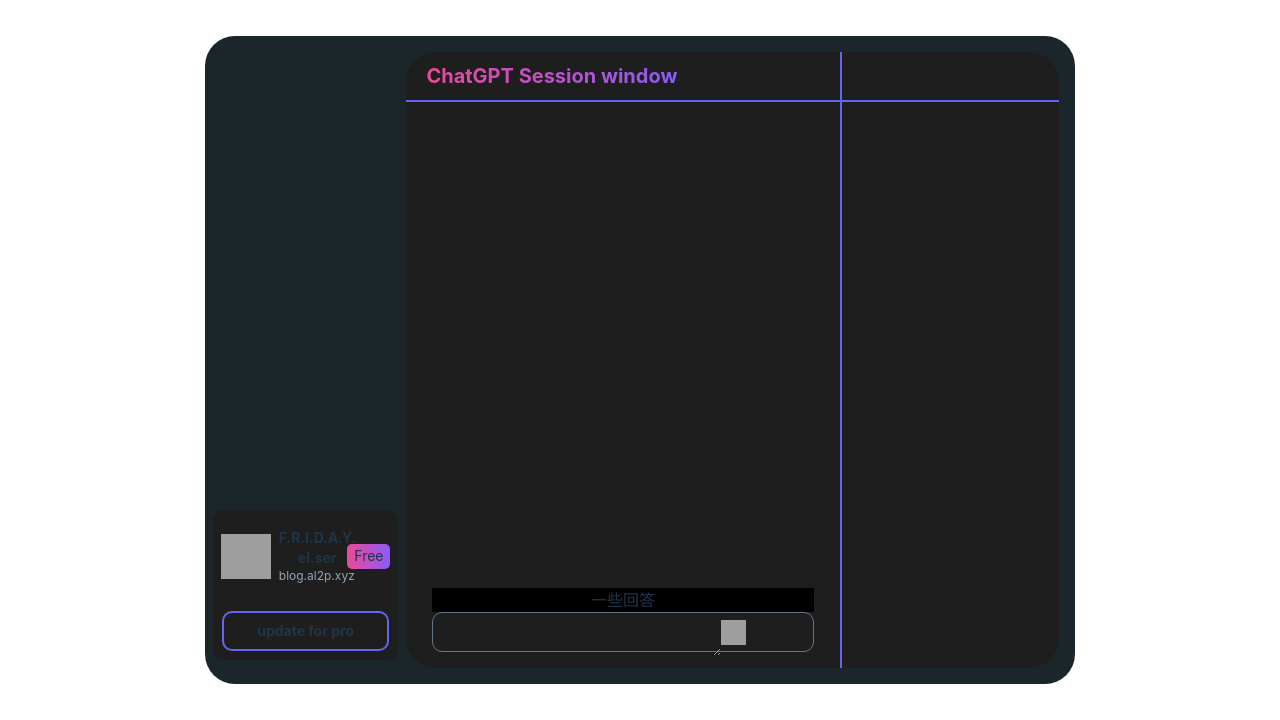
Repository: yezhonghu0503/chatgpt-vue-lac
Page: /
An editor plug-in stored every save of this project. The page is shown before and after the next save, followed by the edit.
The browser window is 1280 px wide. The pictures show the whole page.
Pictures or frames that could not be fetched are drawn as grey boxes. The project was rebuilt for these pictures with package versions that can differ from the ones it lists, and the page was loaded fresh each time. Also part of the build but not shown: vite.config.ts.

Above is the page before, as saved 2023-05-18 18:57:01.

### src/style.css
@tailwind base;
@tailwind components;
@tailwind utilities;

:root {
  font-family: Inter, system-ui, Avenir, Helvetica, Arial, sans-serif;
  line-height: 1.5;
  font-weight: 400;

  color-scheme: light dark;
  color: rgba(255, 255, 255, 0.87);
  /* background-color: #242424; */
  background-color: #8e989a;

  font-synthesis: none;
  text-rendering: optimizeLegibility;
  -webkit-font-smoothing: antialiased;
  -moz-osx-font-smoothing: grayscale;
  -webkit-text-size-adjust: 100%;
}

a {
  font-weight: 500;
  color: #646cff;
  text-decoration: inherit;
}

a:hover {
  color: #535bf2;
}

body {
  margin: 0;
  display: flex;
  place-items: center;
  min-width: 320px;
  min-height: 100vh;
}

h1 {
  font-size: 3.2em;
  line-height: 1.1;
}

button {
  border-radius: 8px;
  border: 1px solid transparent;
  padding: 0.6em 1.2em;
  font-size: 1em;
  font-weight: 500;
  font-family: inherit;
  background-color: #1a1a1a;
  cursor: pointer;
  transition: border-color 0.25s;
}

button:hover {
  border-color: #646cff;
}

button:focus,
button:focus-visible {
  outline: 4px auto -webkit-focus-ring-color;
}

textarea {
  border: none;
  background-color: transparent;
}

textarea[type="checkbox"]:checked,

textarea:focus {
  outline: none;
  background-color: transparent;
}

.card {
  padding: 2em;
}

#app {
  margin: 0 auto;
  padding: 2rem;
  text-align: center;
}

@media (prefers-color-scheme: light) {
  :root {
    color: #213547;
    background-color: #ffffff;
  }

  a:hover {
    color: #747bff;
  }

  button {
    background-color: #f9f9f9;
  }
}

### src/App.vue
<script setup lang="ts">
import chat from './pages/chat.vue';
</script>

<template>
  <chat />
</template>

<style scoped></style>

### src/pages/chat.vue
<template>
    <div class="w-[68vw] h-[90vh] bg-rg-chat-border rounded-[30px] flex justify-end p-4 pl-0">
        <chatMenu />
        <chatMain />

    </div>
</template>
<script lang="ts" setup>
import chatMain from '../components/chat-main/chatMain.vue';
import chatMenu from '../components/chat-menu/chatMenu.vue'
</script>
<style lang="less" scoped></style>

### src/components/chat-main/chatMain.vue
<template>
  <div class="w-[51vw] h-[100%] bg-rg-chat rounded-[30px] flex">
    <div class="flex flex-col w-[34vw] h-[100%] border-r-2 border-indigo-500">
      <div
        class="w-[100%] h-[50px] border-b-2 border-indigo-500 flex justify-start items-center p-5"
      >
        <span
          class="text-xl font-bold text-transparent bg-clip-text bg-gradient-to-r from-pink-500 to-violet-500"
          >ChatGPT Session window</span
        >
      </div>
      <div class="flex flex-col justify-end items-center w-[100%] h-[100%] p-4">
        <div class="w-[95%] bg-black">
          {{ msg }}
          <img src="" alt="" />
        </div>
        <div
          class="flex w-[95%] items-center justify-center rounded-[10px] h-10 border-[1px] border-slate-500"
        >
          <!-- <input class="w-[90%]" type="text" /> -->
          <textarea></textarea>
          <img
            class="w-[25px] h-[25px]"
            src="https://blog.al2p.xyz/upload/send.png"
            alt=""
          />
        </div>
      </div>
    </div>
    <div class="w-[17vw] h-[50px] border-b-2 border-indigo-500"></div>
  </div>
</template>

<script lang="ts" setup>
const msg: string = "一些回答";
</script>

### src/components/chat-menu/chatMenu.vue
<template>
  <div class="w-[17vw] h-[100%] flex justify-center items-end p-2">
    <div
      class="w-[100%] h-[150px] bg-rg-chat flex flex-col justify-around items-center rounded-[10px]"
    >
      <div class="w-[100%] h-[75px] flex justify-between items-center p-2">
        <div class="flex items-center">
          <img
            class="w-[50px] h-[45px]"
            src="https://blog.al2p.xyz/upload/laclogo.png"
          />
          <div class="flex flex-col items-start ml-2">
            <div class="text-sm font-bold">F.R.I.D.A.Y. el.ser</div>
            <div class="text-xs text-slate-400">blog.al2p.xyz</div>
          </div>
        </div>
        <div
          class="flex justify-center rounded-[5px] text-sm items-center w-[60px] h-[25px] bg-gradient-to-r from-pink-500 to-violet-500"
        >
          Free
        </div>
      </div>
      <div
        class="text-sm flex items-center justify-center w-[13vw] h-[40px] rounded-[10px] border-2 border-indigo-500 font-bold"
      >
        update for pro
      </div>
    </div>
  </div>
</template>

<script lang="ts" setup></script>

<style lang="less" scoped></style>

### tailwind.config.js
/** @type {import('tailwindcss').Config} */
export default {
  content: [
    "./index.html",
    "./src/**/*.{vue,js,ts,jsx,tsx}",
  ],
  theme: {
    extend: {
      colors: {
        'rg-chat': 'rgb(30,30,30)',
        'rg-chat-border': 'rgb(27,38,42)'
      }
    }
  },
  plugins: [],
}

Loaded but not shown: index.html (common file); src/main.ts (common file)

After the next save:
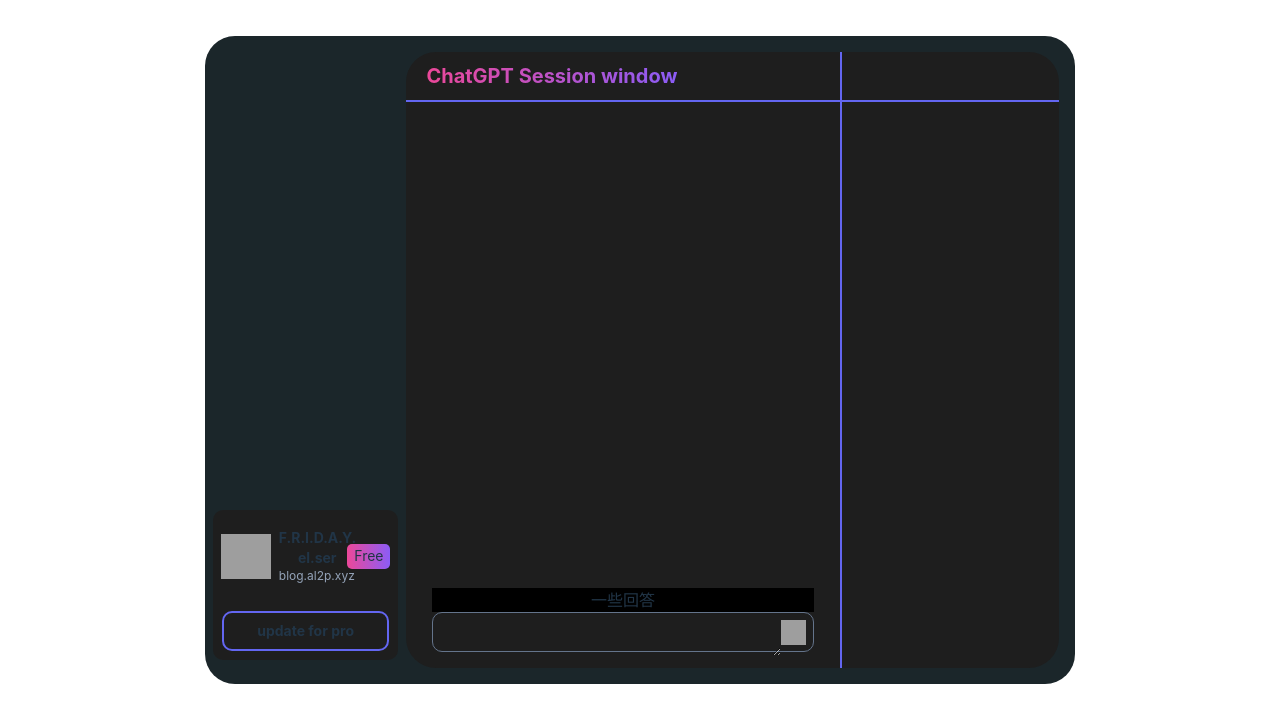
Saved 26 s later.
--- a/src/components/chat-main/chatMain.vue
+++ b/src/components/chat-main/chatMain.vue
@@ -18,7 +18,7 @@
           class="flex w-[95%] items-center justify-center rounded-[10px] h-10 border-[1px] border-slate-500"
         >
           <!-- <input class="w-[90%]" type="text" /> -->
-          <textarea></textarea>
+          <textarea class="w-[90%]"></textarea>
           <img
             class="w-[25px] h-[25px]"
             src="https://blog.al2p.xyz/upload/send.png"
